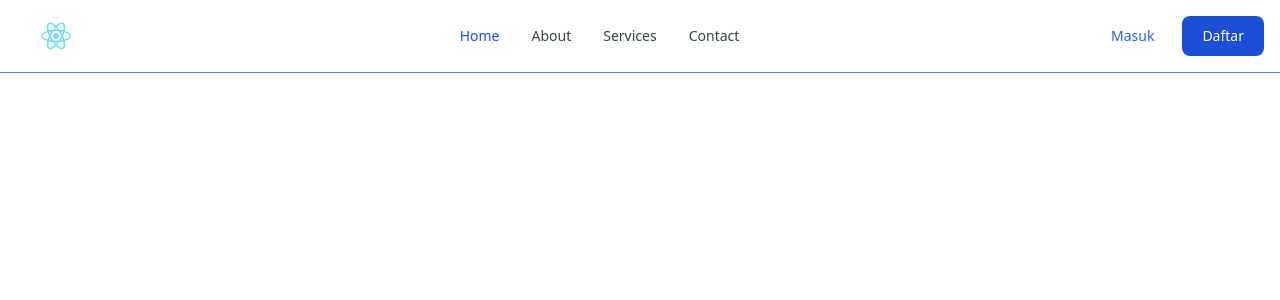
Repository: farrelmuhammad/arkademi-test
Page: /
These files come from the project's save history. The page is drawn as it stood at one moment and after the next save; the edit follows.
The browser window is 1280 px wide. The pictures show the whole page.
The project was rebuilt for these pictures with package versions that can differ from the ones it lists, and the page was loaded fresh each time. Also part of the build but not shown: src/App.css.

Above is the page before, as saved 2022-12-28 21:36:23.

After the next save:
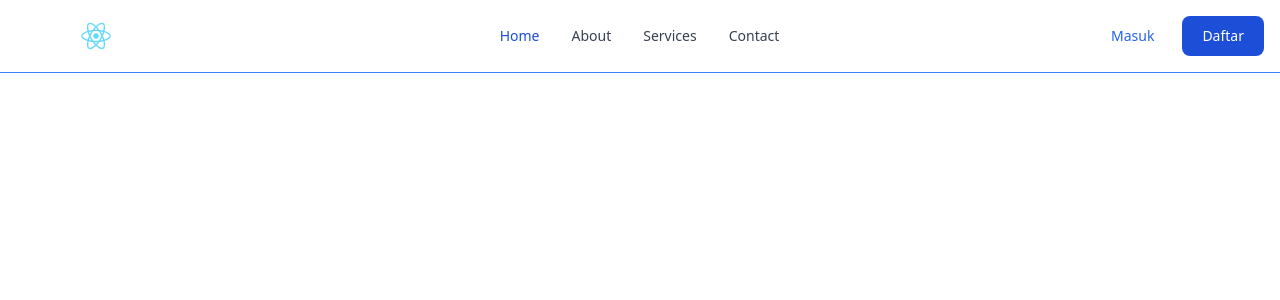
Saved 4 s later.
--- a/src/components/Navbar.jsx
+++ b/src/components/Navbar.jsx
@@ -7,7 +7,7 @@
       <nav class="bg-white px-2 sm:px-4 py-2.5 dark:bg-blue-500 fixed w-full z-20 top-0 left-0 border-b border-blue-500 dark:border-blue-500">
         <div class="container flex flex-wrap items-center justify-between mx-auto">
           <a href="https://flowbite.com/" class="flex items-center">
-            <img src={Logo} className="h-6 w-20 mr-3 sm:h-9" alt="Arkademi Logo" />
+            <img src={Logo} className="h-6 w-40 mr-3 sm:h-9" alt="Arkademi Logo" />
           </a>
           <div class="flex gap-2 md:order-2">
             <button
